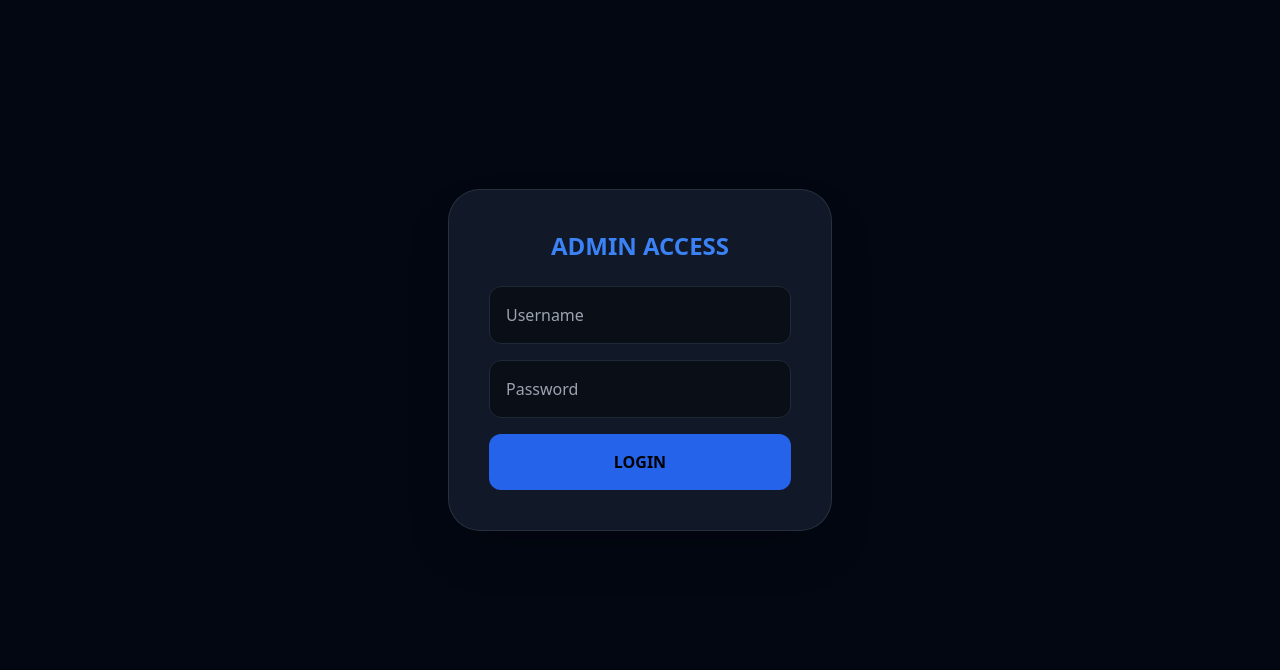
Repository: zhr-nabila/ClientBrief
Page: http://localhost/admin/login.php
The author's editor kept a copy of each file at every save. The page is drawn from the files as they stood at one save, then again after the next save.
The browser window is 1280 px wide. The pictures show the whole page.
Some web libraries are served in a nearby version. The page is run by PHP 8.4 with error messages shown; the project is at /var/www/html/.

Above is the page before, as saved 2026-01-13 06:30:37.

### admin/login.php
<?php
session_start();
if(isset($_POST['login'])) {
    $user = $_POST['username'];
    $pass = $_POST['password'];
    // Ganti username & password sesukamu di sini
    if($user == "admin" && $pass == "zstudio123") {
        $_SESSION['admin_logged_in'] = true;
        header("Location: index.php");
    } else {
        $error = "Username atau Password Salah!";
    }
}
?>
<!DOCTYPE html>
<html lang="id">
<head>
    <script src="https://cdn.tailwindcss.com"></script>
    <title>Login Admin | Z-STUDIO</title>
</head>
<body class="bg-[#030712] flex items-center justify-center min-h-screen">
    <div class="bg-gray-900 p-10 rounded-[32px] border border-white/10 w-full max-w-sm shadow-2xl text-center">
        <h2 class="text-2xl font-bold text-blue-500 mb-6">ADMIN ACCESS</h2>
        <?php if(isset($error)): ?>
            <p class="text-red-500 text-xs mb-4"><?= $error ?></p>
        <?php endif; ?>
        <form method="POST" class="space-y-4">
            <input type="text" name="username" placeholder="Username" class="w-full p-4 bg-black/40 border border-gray-800 rounded-xl outline-none focus:border-blue-500 text-white" required>
            <input type="password" name="password" placeholder="Password" class="w-full p-4 bg-black/40 border border-gray-800 rounded-xl outline-none focus:border-blue-500 text-white" required>
            <button type="submit" name="login" class="w-full bg-blue-600 py-4 rounded-xl font-bold hover:bg-blue-700 transition">LOGIN</button>
        </form>
    </div>
</body>
</html>

After the next save:
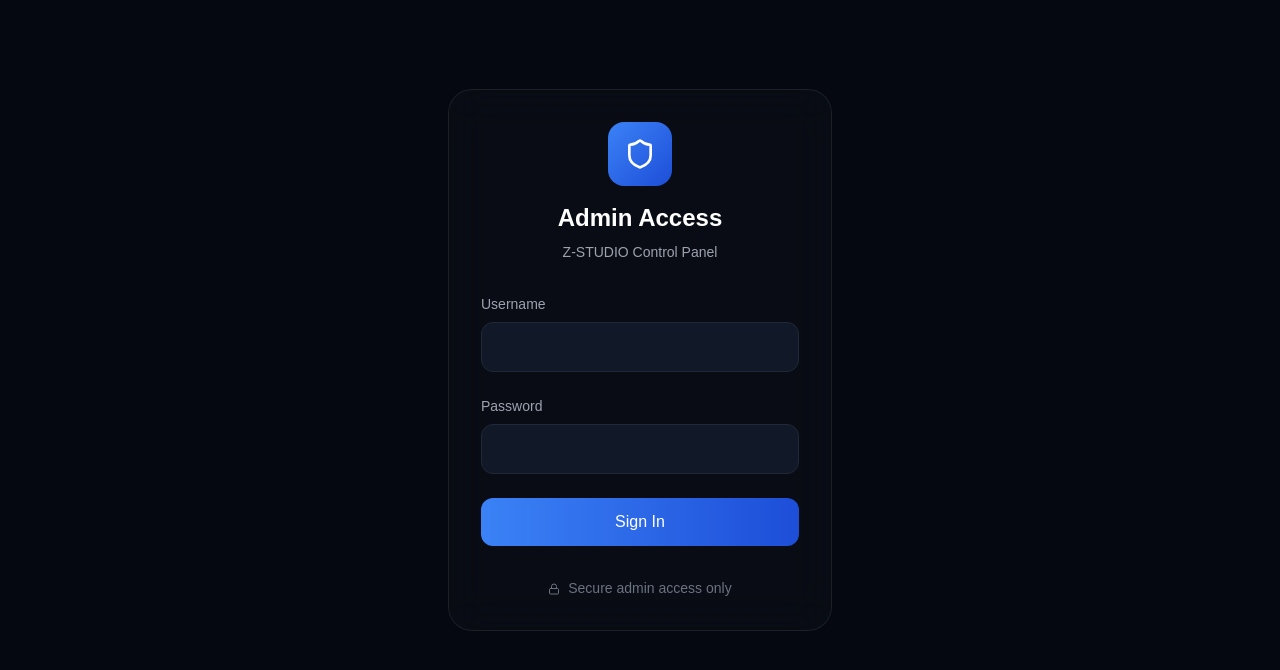
Saved 21 s later.
--- a/admin/login.php
+++ b/admin/login.php
@@ -1,34 +1,98 @@
 <?php
+// File: admin/login.php
 session_start();
 if(isset($_POST['login'])) {
     $user = $_POST['username'];
     $pass = $_POST['password'];
-    // Ganti username & password sesukamu di sini
+    // Change credentials as needed
     if($user == "admin" && $pass == "zstudio123") {
         $_SESSION['admin_logged_in'] = true;
         header("Location: index.php");
+        exit();
     } else {
-        $error = "Username atau Password Salah!";
+        $error = "Invalid username or password";
     }
 }
 ?>
 <!DOCTYPE html>
-<html lang="id">
+<html lang="id" data-theme="dark">
 <head>
+    <meta charset="UTF-8">
+    <meta name="viewport" content="width=device-width, initial-scale=1.0">
+    <title>Admin Login | Z-STUDIO</title>
+
+    <!-- Icons -->
+    <link rel="stylesheet" href="https://cdnjs.cloudflare.com/ajax/libs/lucide/0.263.1/lucide.min.css">
+
+    <!-- Tailwind CSS -->
     <script src="https://cdn.tailwindcss.com"></script>
-    <title>Login Admin | Z-STUDIO</title>
+
+    <style>
+        body {
+            background: #050810;
+            font-family: 'Poppins', sans-serif;
+        }
+
+        .login-card {
+            background: rgba(255, 255, 255, 0.02);
+            backdrop-filter: blur(20px);
+            border: 1px solid rgba(255, 255, 255, 0.08);
+        }
+    </style>
 </head>
-<body class="bg-[#030712] flex items-center justify-center min-h-screen">
-    <div class="bg-gray-900 p-10 rounded-[32px] border border-white/10 w-full max-w-sm shadow-2xl text-center">
-        <h2 class="text-2xl font-bold text-blue-500 mb-6">ADMIN ACCESS</h2>
-        <?php if(isset($error)): ?>
-            <p class="text-red-500 text-xs mb-4"><?= $error ?></p>
-        <?php endif; ?>
-        <form method="POST" class="space-y-4">
-            <input type="text" name="username" placeholder="Username" class="w-full p-4 bg-black/40 border border-gray-800 rounded-xl outline-none focus:border-blue-500 text-white" required>
-            <input type="password" name="password" placeholder="Password" class="w-full p-4 bg-black/40 border border-gray-800 rounded-xl outline-none focus:border-blue-500 text-white" required>
-            <button type="submit" name="login" class="w-full bg-blue-600 py-4 rounded-xl font-bold hover:bg-blue-700 transition">LOGIN</button>
+<body class="min-h-screen flex items-center justify-center p-4">
+    <div class="login-card rounded-3xl p-8 w-full max-w-sm">
+        <!-- Logo -->
+        <div class="text-center mb-8">
+            <div class="w-16 h-16 rounded-2xl bg-gradient-to-br from-blue-500 to-blue-700 flex items-center justify-center mx-auto mb-4">
+                <i data-lucide="shield" class="w-8 h-8 text-white"></i>
+            </div>
+            <h1 class="text-2xl font-bold text-white">Admin Access</h1>
+            <p class="text-gray-400 text-sm mt-2">Z-STUDIO Control Panel</p>
+        </div>
+
+        <!-- Login Form -->
+        <form method="POST" class="space-y-6">
+            <?php if(isset($error)): ?>
+            <div class="p-3 rounded-xl bg-red-500/10 border border-red-500/20 text-red-400 text-sm">
+                <i data-lucide="alert-circle" class="w-4 h-4 inline-block mr-2"></i>
+                <?php echo $error; ?>
+            </div>
+            <?php endif; ?>
+
+            <div>
+                <label class="block text-sm font-medium text-gray-400 mb-2">Username</label>
+                <input type="text"
+                       name="username"
+                       required
+                       class="w-full px-4 py-3 rounded-xl bg-gray-900 border border-gray-800 focus:border-blue-500 outline-none text-white">
+            </div>
+
+            <div>
+                <label class="block text-sm font-medium text-gray-400 mb-2">Password</label>
+                <input type="password"
+                       name="password"
+                       required
+                       class="w-full px-4 py-3 rounded-xl bg-gray-900 border border-gray-800 focus:border-blue-500 outline-none text-white">
+            </div>
+
+            <button type="submit"
+                    name="login"
+                    class="w-full py-3 rounded-xl bg-gradient-to-r from-blue-500 to-blue-700 text-white font-medium hover:opacity-90 transition">
+                Sign In
+            </button>
         </form>
+
+        <!-- Note -->
+        <p class="text-center text-gray-500 text-sm mt-8">
+            <i data-lucide="lock" class="w-3 h-3 inline-block mr-1"></i>
+            Secure admin access only
+        </p>
     </div>
+
+    <script src="https://cdnjs.cloudflare.com/ajax/libs/lucide/0.263.1/lucide.min.js"></script>
+    <script>
+        lucide.createIcons();
+    </script>
 </body>
 </html>
